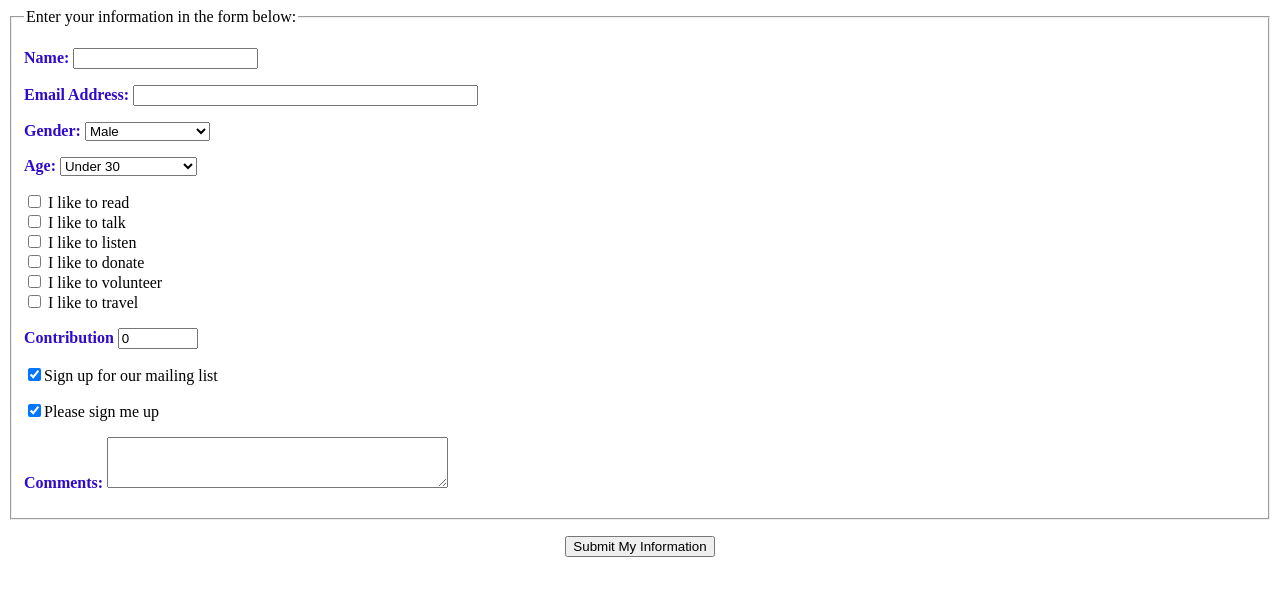
Repository: oduong1/COSW30
Page: homework/homework2/contact.html
The author's editor kept a record of every edit. The page is drawn from the files as they stood at one moment, then again after the next edit.
The browser window is 1280 px wide. The pictures show the whole page.

Above is the page before.

After the next edit:
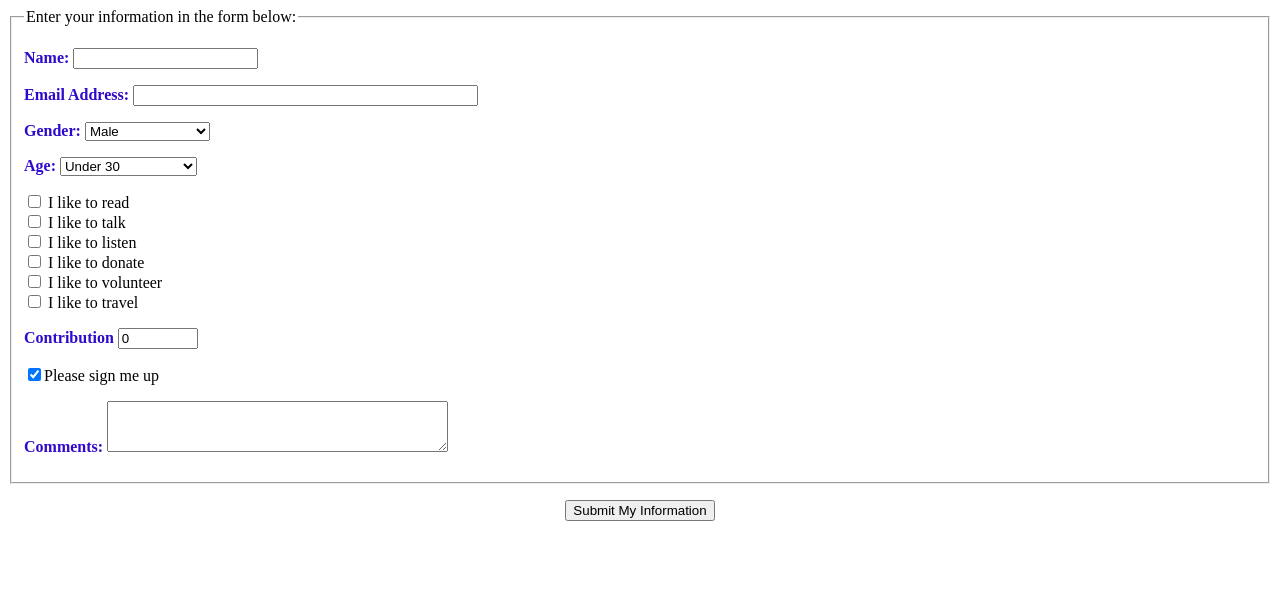
The edit:
--- a/homework/homework2/contact.html
+++ b/homework/homework2/contact.html
@@ -49,9 +49,6 @@
 	</p>
 
 	<p>
-		<input type="checkbox" Checked name="signup" value="signup">Sign up for our mailing list<br>
-	</p>
-	<p>
 		<input type="checkbox" name="check" id="signup"
                     value="1" Checked>Please sign me up<br>
 
